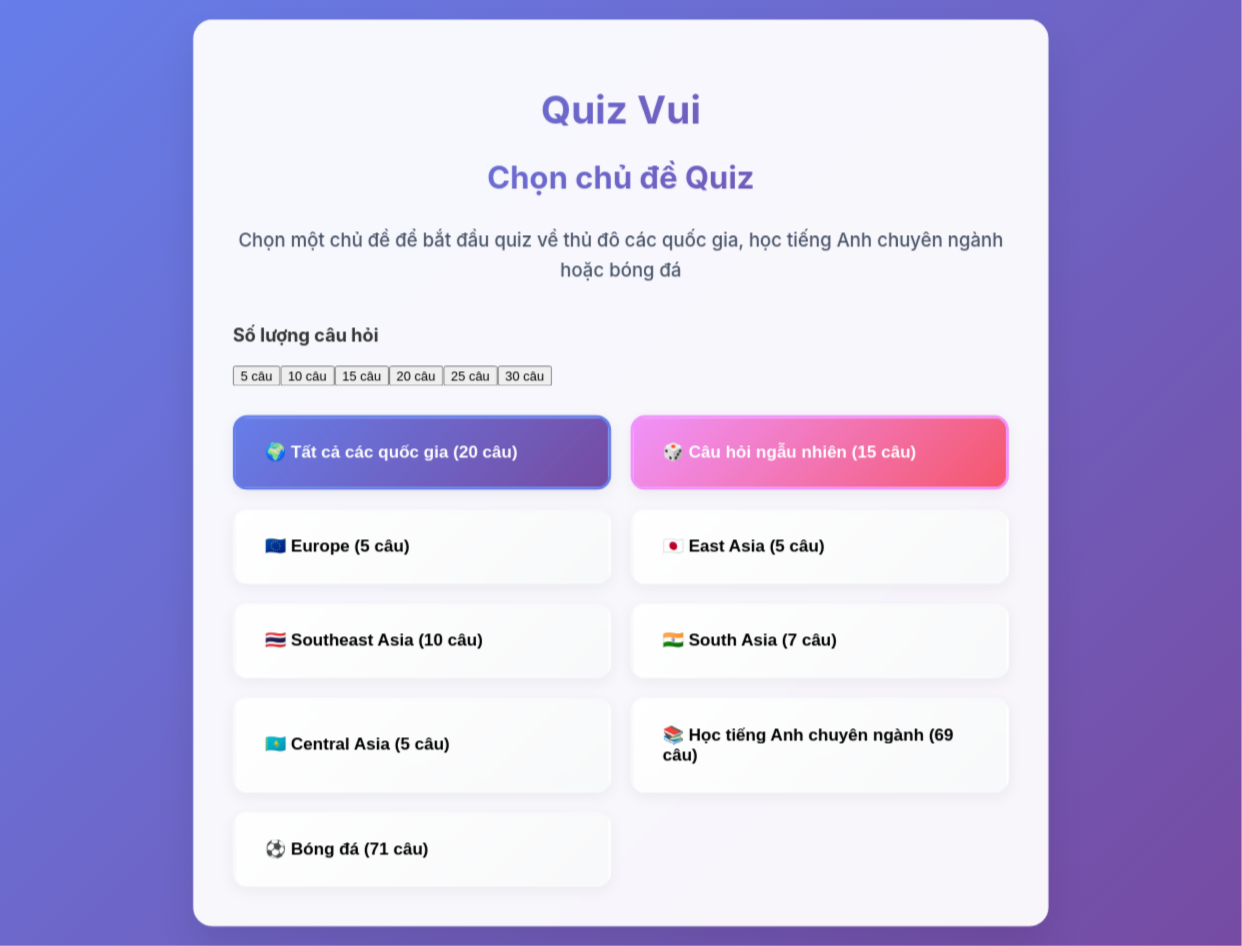
Repository: HuynhPPP/Quiz_App
Page: /
The author's editor kept a copy of each file at every save. The page is drawn from the files as they stood at one save, then again after the next save.
The browser window is 1280 px wide. The pictures show the whole page, at 97% of full size.
The project was rebuilt for these pictures with package versions that can differ from the ones it lists, and the page was loaded fresh each time. Also part of the build but not shown: vite.config.js, src/components/Resutl.jsx, src/components/Review.jsx.

Above is the page before, as saved 2025-09-27 15:30:52.

After the next save:
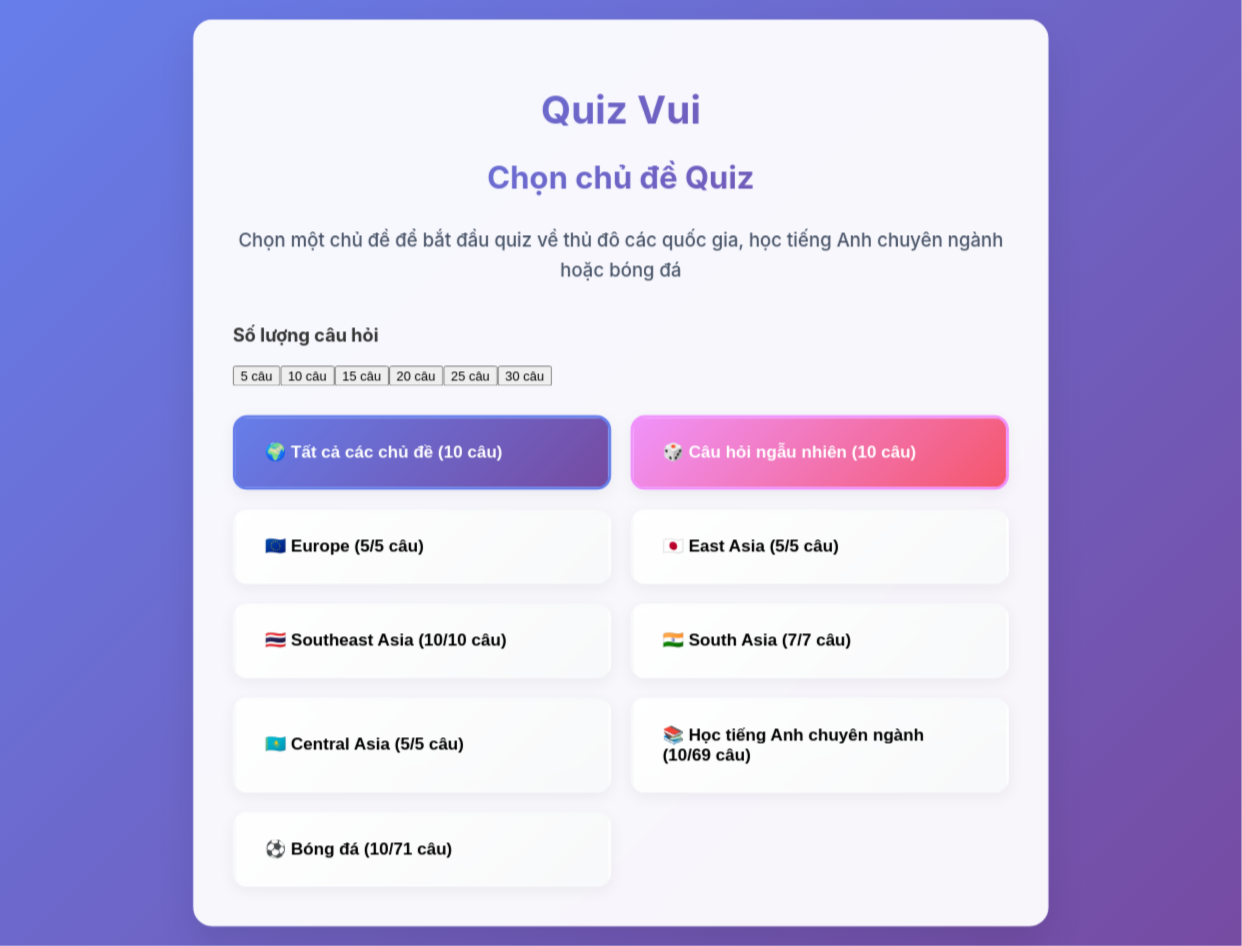
Saved 9 s later.
--- a/src/components/QuizSelector.jsx
+++ b/src/components/QuizSelector.jsx
@@ -55,18 +55,19 @@ const QuizSelector = ({ onStartQuiz }) => {
                     className="category-button all-questions"
                     onClick={handleAllQuestions}
                 >
-                    🌍 Tất cả các quốc gia (20 câu)
+                    🌍 Tất cả các chủ đề ({Math.min(questionCount, 30)} câu)
                 </button>
 
                 <button
                     className="category-button random"
                     onClick={handleRandomQuiz}
                 >
-                    🎲 Câu hỏi ngẫu nhiên (15 câu)
+                    🎲 Câu hỏi ngẫu nhiên ({questionCount} câu)
                 </button>
 
                 {categories.map((category, index) => {
-                    const questionCount = getQuestionsByCategory(category).length;
+                    const totalQuestions = getQuestionsByCategory(category).length;
+                    const displayCount = Math.min(questionCount, totalQuestions);
                     const categoryEmojis = {
                         'Europe': '🇪🇺',
                         'East Asia': '🇯🇵',
@@ -83,7 +84,7 @@ const QuizSelector = ({ onStartQuiz }) => {
                             className="category-button"
                             onClick={() => handleCategorySelect(category)}
                         >
-                            {categoryEmojis[category] || '🌏'} {category} ({questionCount} câu)
+                            {categoryEmojis[category] || '🌏'} {category} ({displayCount}/{totalQuestions} câu)
                         </button>
                     );
                 })}
